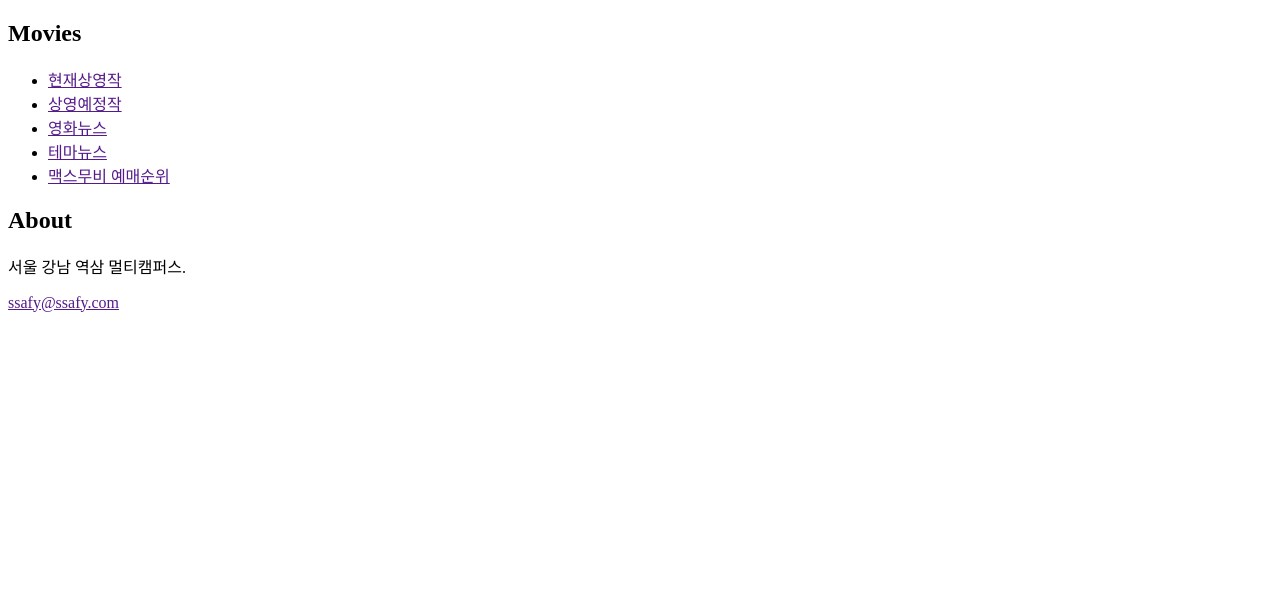
Repository: Seonhanbit/dev
Page: work_frontend/ws_frontend_0826_선한빛/WebContent/other.html
The author's editor kept a copy of each file at every save. The page is drawn from the files as they stood at one save, then again after the next save.
The browser window is 1280 px wide. The pictures show the whole page.

Above is the page before, as saved 2019-08-26 07:58:08.

### work_frontend/ws_frontend_0826_선한빛/WebContent/other.html
<!DOCTYPE html>
<html>
<head>
<meta charset="UTF-8">
<title>Insert title here</title>
</head>
<body>
	<section>
		<h2 id="ul">Movies</h2>
		<ul>
			<li><a href="">현재상영작</a></li>
			<li><a href="">상영예정작</a></li>
			<li><a href="">영화뉴스</a></li>
			<li><a href="">테마뉴스</a></li>
			<li><a href="">맥스무비 예매순위</a></li>
		</ul>
	</section>
	<section>
		<h2>About</h2>
		<p>서울 강남 역삼 멀티캠퍼스.</p>
		<p><a href="">ssafy@ssafy.com</a></p>
	</section>

</body>
</html>

After the next save:
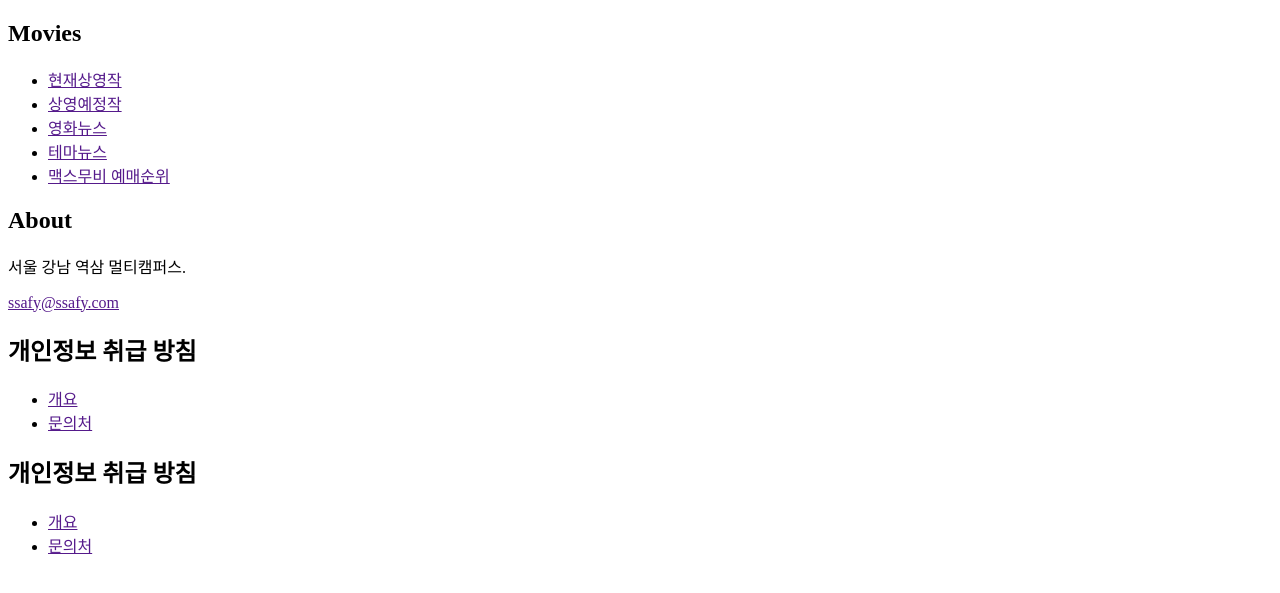
Saved 38 s later.
--- a/work_frontend/ws_frontend_0826_선한빛/WebContent/other.html
+++ b/work_frontend/ws_frontend_0826_선한빛/WebContent/other.html
@@ -18,7 +18,24 @@
 	<section>
 		<h2>About</h2>
 		<p>서울 강남 역삼 멀티캠퍼스.</p>
-		<p><a href="">ssafy@ssafy.com</a></p>
+		<p>
+			<a href="">ssafy@ssafy.com</a>
+		</p>
+	</section>
+	<section>
+		<h2 id="ul">개인정보 취급 방침</h2>
+		<ul>
+			<li><a href="">개요</a></li>
+			<li><a href="">문의처</a></li>
+		</ul>
+	</section>
+	</section>
+	<section>
+		<h2 id="ul">개인정보 취급 방침</h2>
+		<ul>
+			<li><a href="">개요</a></li>
+			<li><a href="">문의처</a></li>
+		</ul>
 	</section>
 
 </body>
